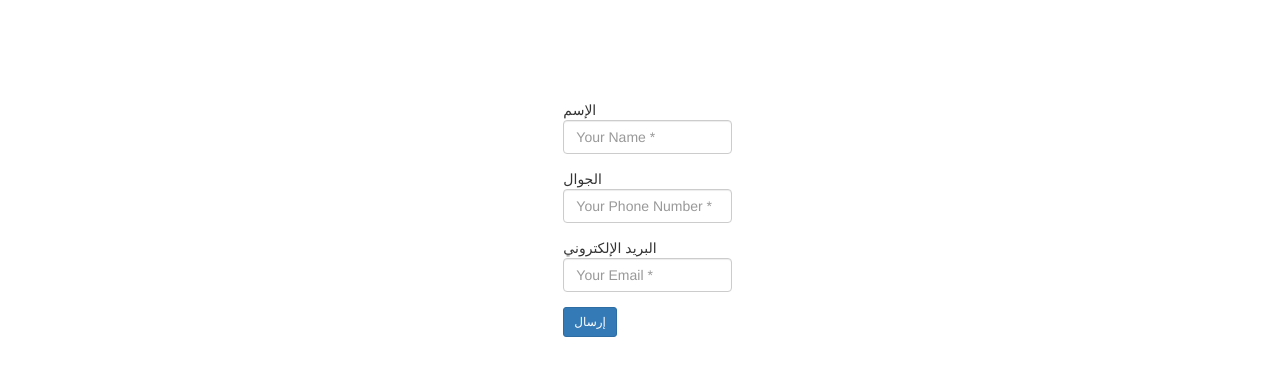
Repository: Abdaljawad-Aya/Itbeep-task
Page: http://localhost/form-user
The author's editor kept a copy of each file at every save. The page is drawn from the files as they stood at one save, then again after the next save.
The browser window is 1280 px wide. The pictures show the whole page.
The page is served by the project's Laravel application, run on PHP 8.4 with Laravel 8. Other server files are loaded and not shown.

Above is the page before, as saved 2021-03-07 17:19:28.

### singlePageApp/routes/web.php
<?php

use Illuminate\Support\Facades\Route;

/*
|--------------------------------------------------------------------------
| Web Routes
|--------------------------------------------------------------------------
|
| Here is where you can register web routes for your application. These
| routes are loaded by the RouteServiceProvider within a group which
| contains the "web" middleware group. Now create something great!
|
*/

Route::get('/', function () {
    return view('welcome');
});

Route::get('form-user', 'formController@form');
Route::post('form-user', ['as' => 'users.store', 'uses' => 'formController@formSaveData']);

### singlePageApp/app/Http/Controllers/formController.php
<?php

namespace App\Http\Controllers;

use Illuminate\Support\Facades\Mail;

use Illuminate\Http\Request;
use App\Mail\formUser;
use App\form;

class formController extends Controller
{
    /**
     * Show the application
     *
     * @return \Illuminatey\Http\Response
     */

    public function form()
    {
        return view('form-user');
    }

    /**
     * Show the application
     *
     * @return \Illuminatey\Http\Response
     */

    public function formSaveData(Request $request)

    {
        $this->validate($request, [
            'name'   => 'required',
            'email'  => 'required|email',
            'mobile' => 'required',
        ]);

        form::create($request->all());
        Mail::send(
            'form-user',
            array(
                'name'   => $request->get('name'),
                'mobile' => $request->get('mobile'),
                'email'  => $request->get('email'),
            ),
            function ($message) use ($request) {
                $message->from('abdaljawad.ayah94@gmail.com');
                $message->to($request->email, 'Admin')->subject($request->get('subject'));
            }
        );
        return back()->with('success', 'Thanks for contact us!');
    }
}

### singlePageApp/resources/views/form-user.blade.php
<!DOCTYPE html>
<html lang="en">
<head>
    <meta charset="UTF-8">
    <meta name="viewport" content="width=device-width, initial-scale=1.0">
    <meta http-equiv="X-UA-Compatible" content="ie=edge">
    <link rel="stylesheet" href="https://maxcdn.bootstrapcdn.com/bootstrap/3.4.1/css/bootstrap.min.css">

    <script src="https://ajax.googleapis.com/ajax/libs/jquery/3.5.1/jquery.min.js"></script>

    <script src="https://maxcdn.bootstrapcdn.com/bootstrap/3.4.1/js/bootstrap.min.js"></script>
    <link rel="stylesheet" href="../views/css/style.css">
    <title>Form</title>
</head>
<body>
   <div class="container contact-form col-lg-4 col-md-offset-5" style="margin-top:100px;">
     @if (session('status'))
       <div class="alert alert-success">
           {{ session('status')}}
       </div>
    @endif
    @if (session('warning'))
    <div class="alert alert-warning">
        {{session('warning')}}
    </div>
    @endif

    <form method="POST" action ="{{ route('users.store')}}">
     {{ csrf_field()}}

     <div class="col-md-6">

        {{-- NAME --}}
         <div class="form-group {{ $errors->has('name') ? ' has-error' : '' }}">
                الإسم
            <input type="text" name="name" class="form-control" placeholder="Your Name *" required/>
             @if ($errors->has('name'))
                 <span class="help-block">
                     <strong>
                         {{ $errors->first('name')}}
                     </strong>
                 </span>
             @endif
         </div>


        {{-- MOBILE --}}

        <div class="form-group" {{$errors->has('mobile') ? 'has-error' : ''}}>
            الجوال
         <input type="text" name="mobile" class="form-control" placeholder="Your Phone Number *" required/>

         @if ($errors->has('mobile'))
             <span class="help-block">
                 <strong>
                     {{ $errors->first('mobile')}}
                 </strong>
             </span>
         @endif
        </div>
         {{-- EMAIL --}}
         <div class="form-group" {{$errors->has('email') ? 'has-error' : ''}}>
            البريد الإلكتروني
          <input type="email" name="email" class="form-control" placeholder="Your Email *" required />

            @if ($errors->has('email'))
            <span class="help-block">
                <strong>
                    {{ $errors->first('email')}}
                </strong>
            </span>
            @endif
        </div>

        <div class="form-group">

            <input type="submit" name="btnSubmit" class="btn btn-primary btn-square btn-sm" value="إرسال">
        </div>
     </div>
    </form>
</div>
</body>
</html>

Loaded but not shown: singlePageApp/app/Http/Controllers/Controller.php (common file)

After the next save:
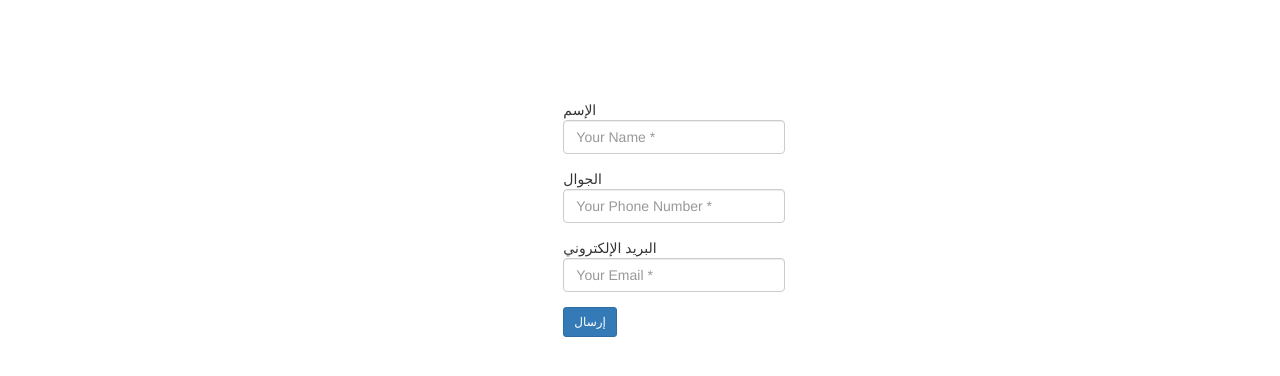
Saved 6 s later.
--- a/singlePageApp/resources/views/form-user.blade.php
+++ b/singlePageApp/resources/views/form-user.blade.php
@@ -13,7 +13,7 @@
     <title>Form</title>
 </head>
 <body>
-   <div class="container contact-form col-lg-4 col-md-offset-5" style="margin-top:100px;">
+   <div class="container contact-form col-lg-5 col-md-offset-5" style="margin-top:100px;">
      @if (session('status'))
        <div class="alert alert-success">
            {{ session('status')}}
